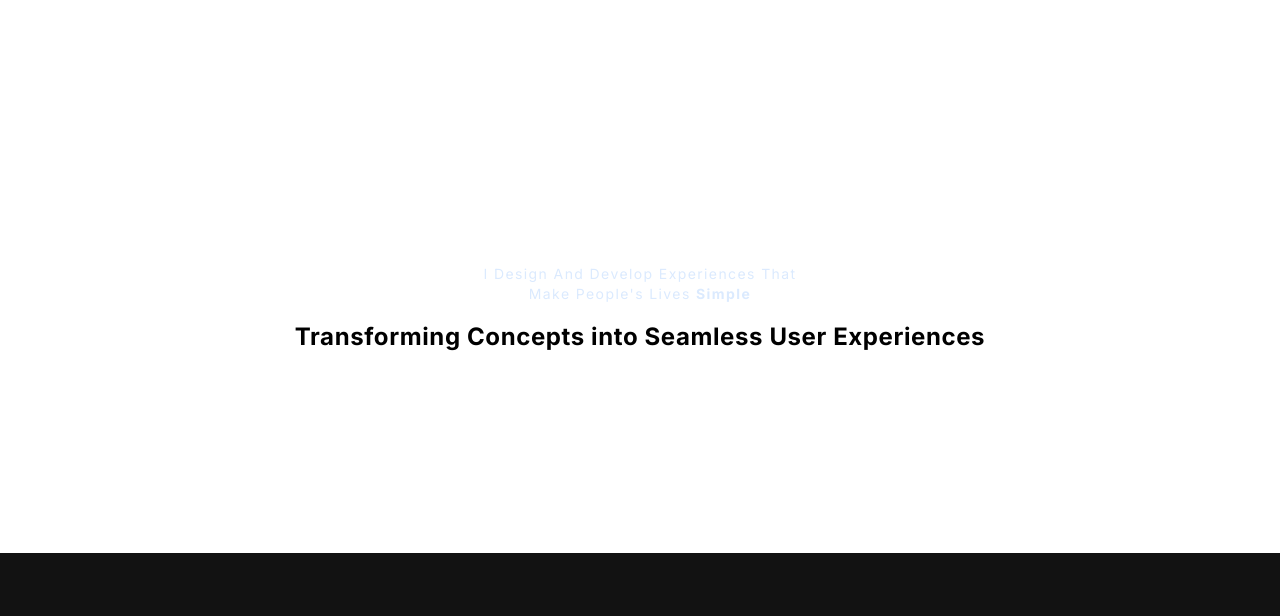
Repository: LukaSuave/Dev-Portfolio
Page: /
These files come from the project's save history. The page is drawn as it stood at one moment and after the next save; the edit follows.
The browser window is 1280 px wide. The pictures show the whole page.
The project was rebuilt for these pictures with package versions that can differ from the ones it lists, and the page was loaded fresh each time. The framework's server and built-in components were replaced by stand-ins that run in the browser. Also part of the build but not shown: next.config.mjs.

Above is the page before, as saved 2024-05-30 11:02:02.

After the next save:
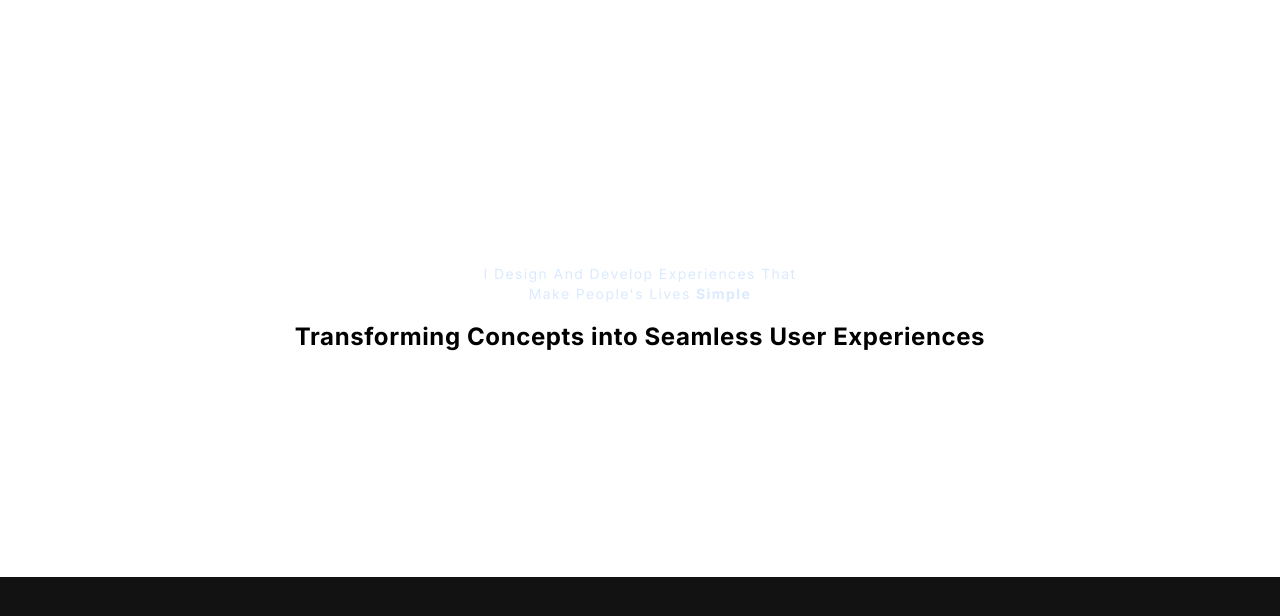
Saved 91 s later.
--- a/components/global/hero.tsx
+++ b/components/global/hero.tsx
@@ -31,6 +31,10 @@ export const Hero = () => {
 						className="text-center text-[40px] md:text-5xl lg:text-6xl"
 						words="Transforming Concepts into Seamless User Experiences"
 					/>
+					<p className="text-center">
+						Hi, I&apos;m Emmanuel Senengu - A Full-Stack Software
+						Developer from Zimbabwe.
+					</p>
 				</div>
 			</div>
 		</div>
